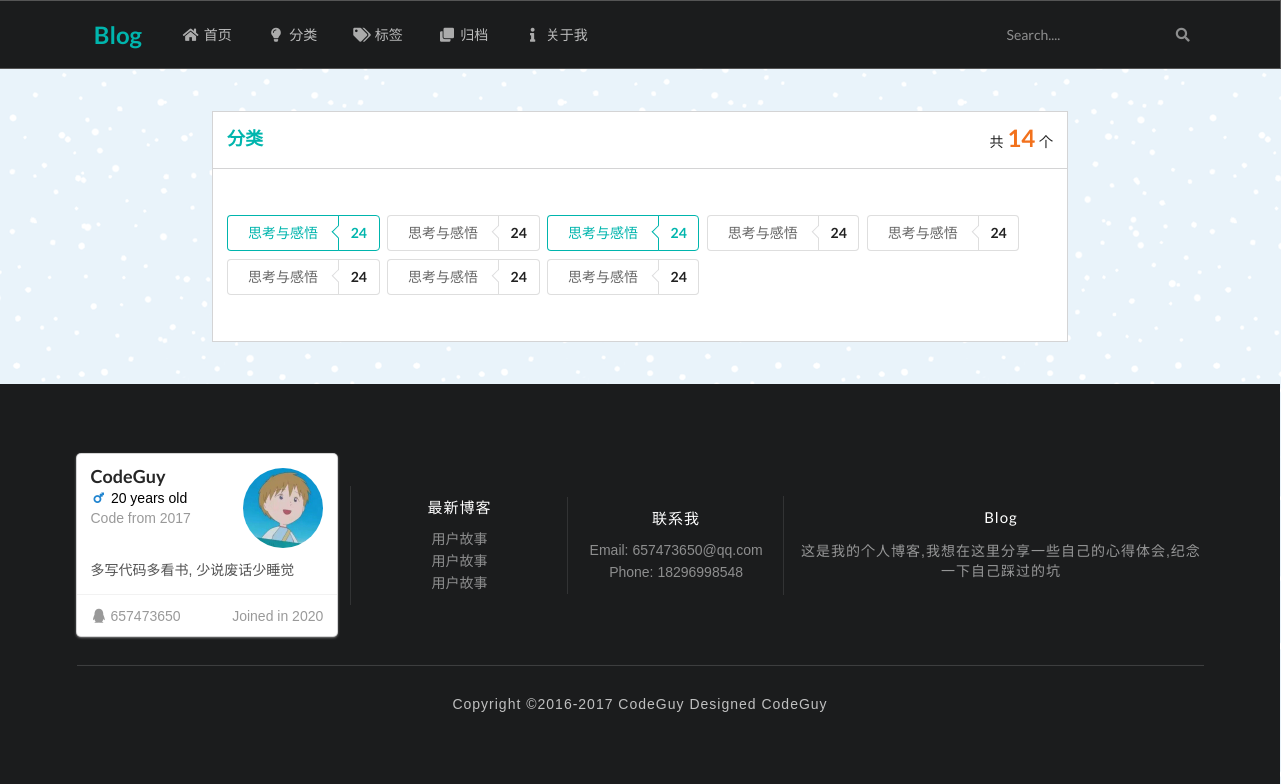
Repository: GOGOHQ/myblog
Page: types.html
The author's editor kept a copy of each file at every save. The page is drawn from the files as they stood at one save, then again after the next save.
The browser window is 1280 px wide. The page is 1281 px wide, so the pictures cover 1281 px, including what lies to the right of the window. The pictures show the whole page.
Some web libraries are served in a nearby version.

Above is the page before, as saved 2020-01-17 18:52:30.

### types.html
<!DOCTYPE html>
<html lang="en">
<!-- shift alt + b -->

<head>
    <meta charset="UTF-8">
    <meta name="viewport" content="width=device-width, inital-scale=1.0">
    <title>首页</title>
    <link rel="stylesheet" href="static/css/me.css">
    <link rel="stylesheet" href="https://cdn.jsdelivr.net/semantic-ui/2.2.4/semantic.min.css">

</head>

<body style="background-image: url(static/images/blue-snow.png);">
<!-- 导航 -->
<nav class="ui inverted  attached  segment m-padded-tb-mini">
    <div class="ui container">
        <div class="ui secondary stackable inverted menu">
            <h2 class="ui teal header item">Blog</h2>
            <a href="#" class="m-item m-mobile-hide item"><i class="home icon"></i>首页</a>
            <a href="#" class="m-item m-mobile-hide item"><i class="idea icon"></i>分类</a>
            <a href="#" class="m-item m-mobile-hide item"><i class="tags icon"></i>标签</a>
            <a href="#" class="m-item m-mobile-hide item"><i class="clone icon"></i>归档</a>
            <a href="#" class="m-item m-mobile-hide item"><i class="info icon"></i>关于我</a>
            <div class="m-item right item m-mobile-hide">
                <div class="ui icon  inverted transparent input">
                    <input type="text" placeholder="Search....">
                    <i class="search link icon"></i>
                </div>
            </div>
        </div>
    </div>
    <a href="#" class="menu toggle ui black icon button m-top-right m-mobile-show">
        <i class="icon sidebar"></i>
    </a>
</nav>
<!-- 内容 -->
<div class="m-padded-tb-big m-small-container">
    <div class="ui container">
        <div class="ui segment attached">
            <div class="ui middle aligned two column grid">
                <div class="column">
                    <h3 class="ui teal header">分类</h3>
                </div>
                <div class="right aligned column">
                    共
                    <h2 class="ui orange header m-inline-block">14</h2>&nbsp;个
                </div>
            </div>
        </div>
        <div class="ui segment attached m-padded-tb-big">
            <div class="ui labeled button m-margin-tb-tiny">
                <a class="ui basic teal button">思考与感悟</a>
                <div class="ui basic teal left pointing label">24</div>
            </div>
            <div class="ui labeled button m-margin-tb-tiny">
                <a class="ui basic  button">思考与感悟</a>
                <div class="ui basic  left pointing label">24</div>
            </div>
            <div class="ui labeled button m-margin-tb-tiny">
                <a class="ui basic teal button">思考与感悟</a>
                <div class="ui basic teal left pointing label">24</div>
            </div>
            <div class="ui labeled button m-margin-tb-tiny">
                <a class="ui basic  button">思考与感悟</a>
                <div class="ui basic  left pointing label">24</div>
            </div>
            <div class="ui labeled button m-margin-tb-tiny">
                <a class="ui basic  button">思考与感悟</a>
                <div class="ui basic  left pointing label">24</div>
            </div>
            <div class="ui labeled button m-margin-tb-tiny">
                <a class="ui basic  button">思考与感悟</a>
                <div class="ui basic  left pointing label">24</div>
            </div>
            <div class="ui labeled button m-margin-tb-tiny">
                <a class="ui basic  button">思考与感悟</a>
                <div class="ui basic  left pointing label">24</div>
            </div>
            <div class="ui labeled button m-margin-tb-tiny">
                <a class="ui basic  button">思考与感悟</a>
                <div class="ui basic  left pointing label">24</div>
            </div>
        </div>
    </div>
</div>
<!-- 底部 -->
<footer class="ui inverted vertical segment  m-padded-tb-massive ">
    <div class="ui center aligned container ">
        <div class="ui inverted stackable divided grid fluid ">
            <div class="four wide column left aligned ">
                <div class="ui fluid card ">
                    <div class="content ">
                        <img class="right circular floated tiny ui image " src="static/images/avatar.jpg ">
                        <div class="header ">
                            CodeGuy
                        </div>
                        <div class="meta ">
                            <i class="icon blue mars stroke " style="margin:0px "></i>
                            <text style="color:black; ">20 years old</text>
                        </div>
                        <div class="meta ">
                            Code from 2017
                        </div>
                        <div class="description ">
                            多写代码多看书, 少说废话少睡觉
                        </div>
                    </div>
                    <div class="extra content ">
                        <a>
                            <i class="qq icon "></i>657473650
                        </a>
                        <span class="right floated ">
                                    Joined in 2020
                                  </span>
                    </div>
                </div>
            </div>
            <div class="center middle aligned three wide column ">
                <h4 class="ui inverted header m-text-thin m-text-spaced ">最新博客</h4>
                <div class="ui inverted link list ">
                    <a href="# " class="item ">用户故事</a>
                    <a href="# " class="item ">用户故事</a>
                    <a href="# " class="item ">用户故事</a>
                </div>
            </div>
            <div class="center aligned three wide column middle aligned ">
                <h4 class="ui inverted header m-text-thin m-text-spaced ">联系我</h4>
                <div class="ui inverted link list ">
                    <a href="# " class="item ">Email: 657473650@qq.com</a>
                    <a href="# " class="item ">Phone: 18296998548</a>

                </div>
            </div>
            <div class="six wide middle aligned column ">
                <h4 class="ui inverted header m-text-thin m-text-spaced ">Blog</h4>
                <p class="m-text-thin m-text-spaced m-text-tiny-opacity ">这是我的个人博客,我想在这里分享一些自己的心得体会,纪念一下自己踩过的坑</p>
            </div>
        </div>
        <div class="ui inverted section divider "></div>
        <p class="m-text-thin m-text-spaced m-text-mini-opacity ">Copyright ©2016-2017 CodeGuy Designed CodeGuy</p>
    </div>
</footer>
</body>
<script src="https://cdn.jsdelivr.net/npm/jquery@3.2/dist/jquery.min.js"></script>
<script src="https://cdn.jsdelivr.net/semantic-ui/2.2.4/semantic.min.js"></script>
<script>
    $('.menu.toggle').click(function () {
        $('.m-item').fadeToggle().toggleClass('m-mobile-hide')
    });
</script>


</html>

### static/css/me.css
/* postion */

.m-top-right {
    position: absolute !important;
    top: 0;
    right: 0;
}


/*margin*/

.m-margin-tb-tiny {
    margin-top: 0.3em !important;
    margin-bottom: 0.3em !important;
}

.m-margin-top-small {
    margin-top: 0.5em !important;
}

.m-margin-top-large {
    margin-top: 2em !important;
}

.m-margin-top {
    margin-top: 1em !important;
}

body {
    font-family: "WenQuanYi Micro Hei", sans-serif !important;
}


/* padding */

.m-padded-lr-responsive {
    padding-left: 3.5em !important;
    padding-right: 3.5em !important;
}

.m-padded-mini {
    padding: 0.2em !important;
}

.m-padded-tiny {
    padding: 0.3em !important;
}

.m-padded-small {
    padding: 0.5em !important;
}

.m-padded-tb-mini {
    padding-top: 0.2em !important;
    padding-bottom: 0.2em !important;
}

.m-padded-top-middle {
    padding-top: 40px !important
}

.m-padded-tb-massive {
    padding-top: 5em !important;
    padding-bottom: 5em !important;
}

.m-padded-tb-large {
    padding-top: 2em !important;
    padding-bottom: 2em !important;
}

.m-padded-tb-big {
    padding-top: 3em !important;
    padding-bottom: 3em !important;
}

.m-padded-tb-tiny {
    padding-top: 0.3em !important;
    padding-bottom: 0.3em !important;
}

.m-padded-tb-huge {
    padding-top: 4em !important;
    padding-bottom: 4em !important;
}

.m-padded-tb {
    padding-top: 1em !important;
    padding-bottom: 1em !important;
}

.m-padded-tb-small {
    padding-top: 0.5em !important;
    padding-bottom: 0.5em !important;
}


/* color */

.m-black {
    color: #333 !important;
}


/* text */

.m-label-text {
    line-height: 1.6 !important;
    font-weight: 550 !important;
    letter-spacing: 1px !important;
    opacity: 0.85 !important;
}

.m-text-thin {
    font-weight: 400 !important
}

.m-text-spaced {
    letter-spacing: 1px !important
}

.m-text-lined {
    line-height: 1.8 !important
}

.m-text-mini-opacity {
    opacity: 0.8 !important
}

.m-text-tiny-opacity {
    opacity: 0.6 !important
}

.m-text {
    line-height: 1.6 !important;
    font-weight: 400 !important;
    letter-spacing: 1px !important;
    opacity: 0.8 !important
}

.m-info-text {
    line-height: 1.6 !important;
    font-weight: 600 !important;
    letter-spacing: 1px !important;
    opacity: 0.8 !important;
    color: #333 !important;
}


/* display */

.m-inline-block {
    display: inline-block !important;
}


/* container */

.m-container {
    max-width: 78em !important;
    margin: auto !important;
}

.m-small-container {
    max-width: 61em !important;
    margin: auto !important;
}

.m-mobile-show {
    display: none !important;
}

.sbtn {
    margin: 0 !important;
    margin-right: 120px !important;
}

@media screen and (max-width: 768px) {
    .m-mobile-hide {
        display: none !important;
    }

    .m-mobile-show {
        display: block !important;
    }

    .m-padded-lr-responsive {
        padding-left: 0 !important;
        padding-right: 0 !important;
    }

    .sbtn {
        margin-top: 10px !important;
        margin-right: 12px !important;
        margin-left: 9px !important;
    }
}

After the next save:
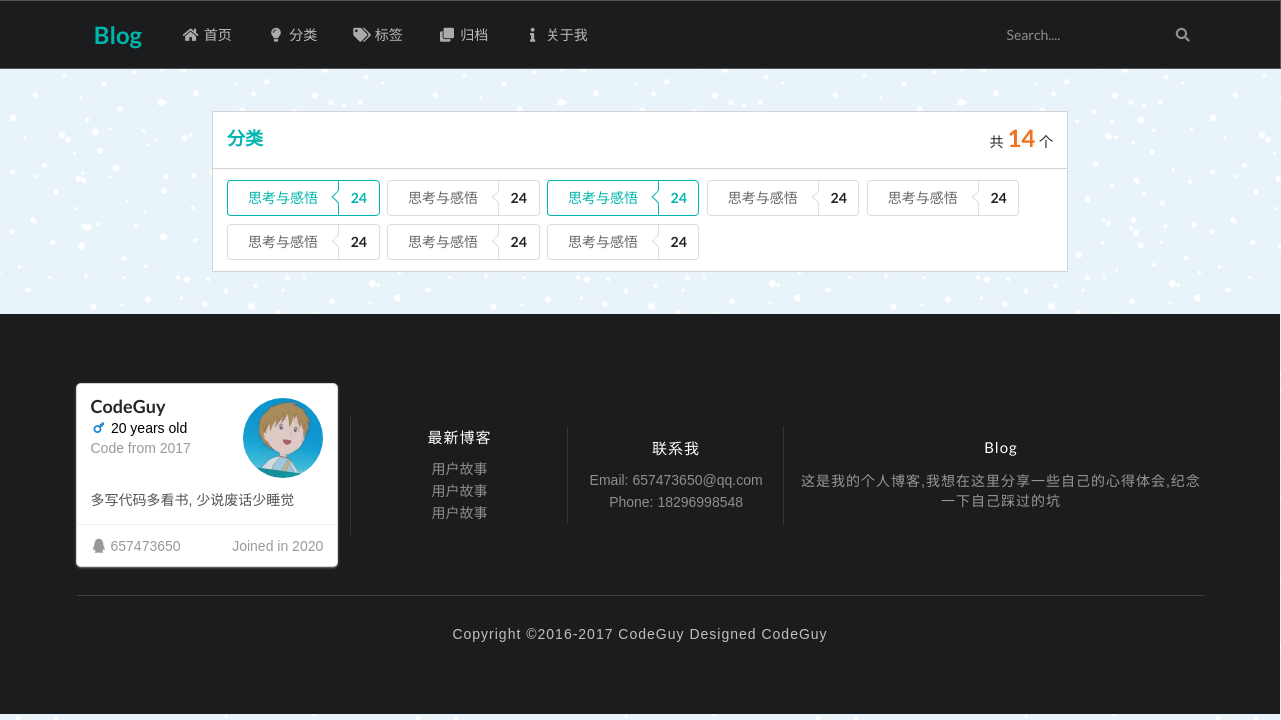
Saved 9 s later.
--- a/types.html
+++ b/types.html
@@ -48,7 +48,7 @@
                 </div>
             </div>
         </div>
-        <div class="ui segment attached m-padded-tb-big">
+        <div class="ui segment attached m-padded-tb-small">
             <div class="ui labeled button m-margin-tb-tiny">
                 <a class="ui basic teal button">思考与感悟</a>
                 <div class="ui basic teal left pointing label">24</div>
